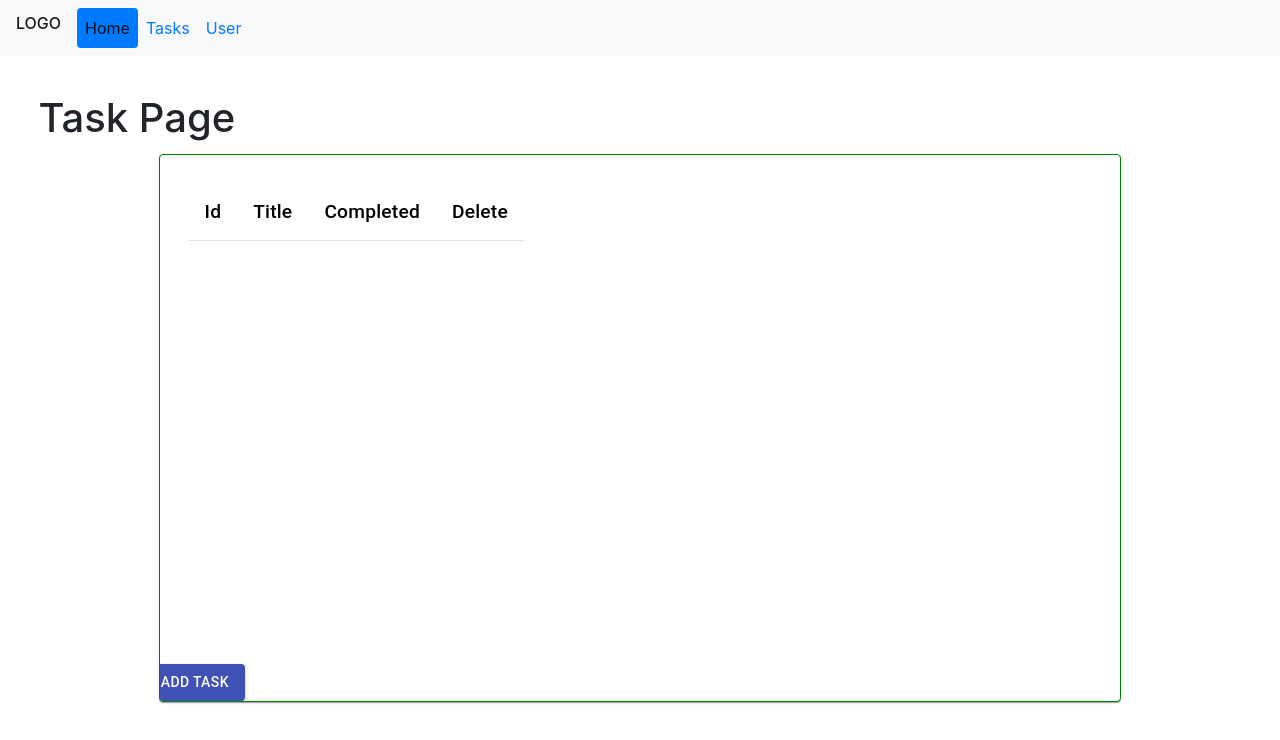
Repository: lalji-yadav/Nimapinfotech-demo-project
Page: /tasks
These files come from the project's save history. The page is drawn as it stood at one moment and after the next save; the edit follows.
The browser window is 1280 px wide. The pictures show the whole page.
The page's requests for data from a server got no answer. The project was rebuilt for these pictures with package versions that can differ from the ones it lists, and the page was loaded fresh each time. No one was signed in, and anything a server would have sent is missing. Also part of the build but not shown: src/components/Home.js, src/components/Users.js, src/components/Login.js.

Above is the page before, as saved 2021-01-17 18:57:26.

After the next save:
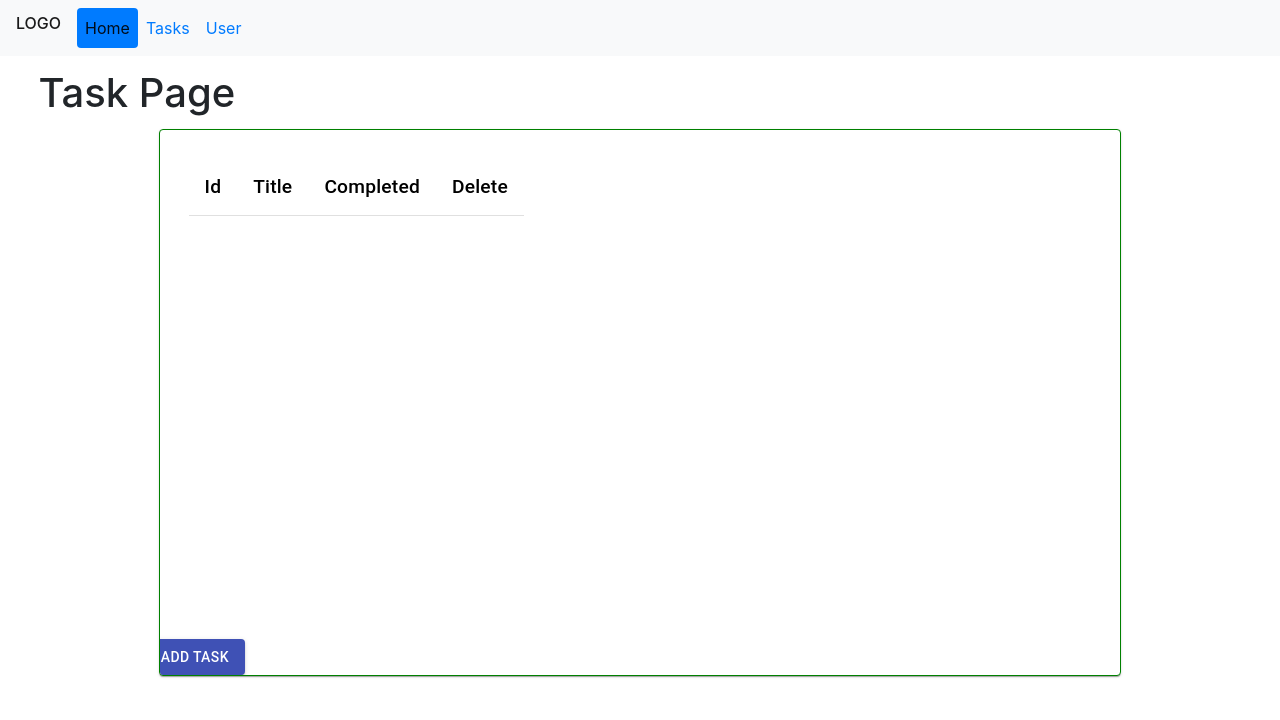
Saved 39 s later.
--- a/src/components/Tasks.js
+++ b/src/components/Tasks.js
@@ -18,7 +18,7 @@ function Tasks() {
     }, []);
 
     return (
-        <div style={{ padding: "3%" }}>
+        <div style={{ padding: "1% 3% 3% 3%" }}>
             <h1>Task Page</h1>
 
             <Card style={{ width: "80%", margin: "1% 10% 0% 10%", border: "1px solid green" }}>
